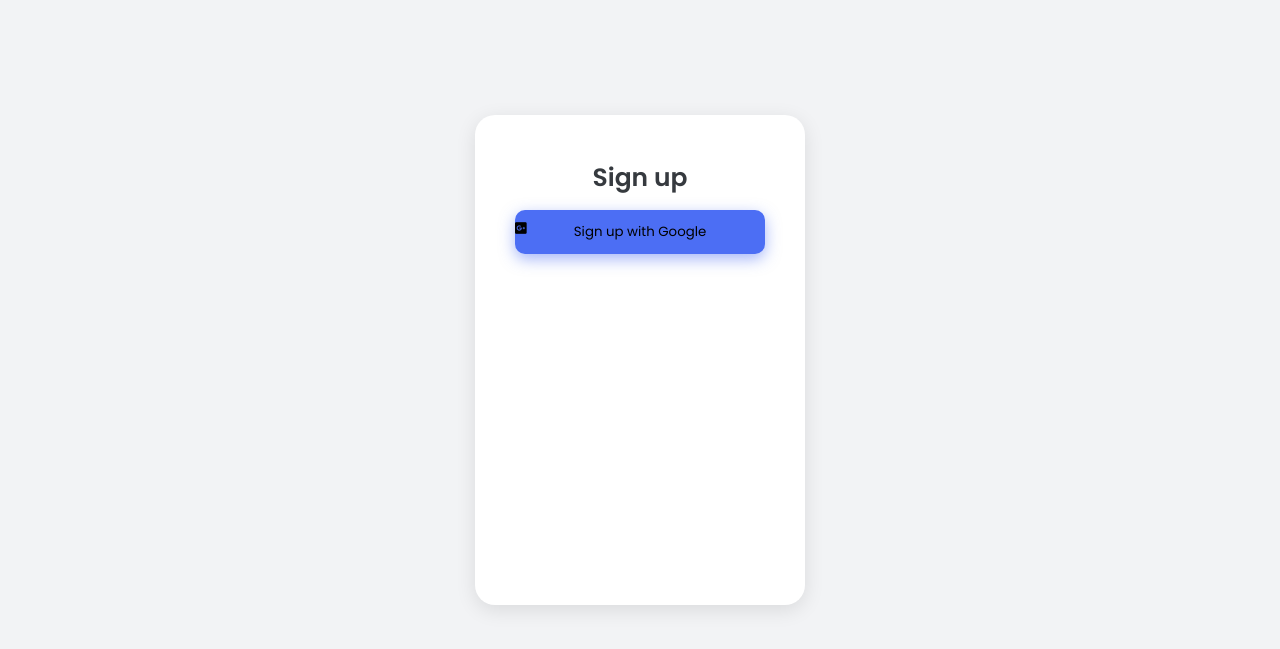
Repository: TranMinhMan040702/practice_html-css
Page: form-login/index.html
These files come from the project's save history. The page is drawn as it stood at one moment and after the next save; the edit follows.
The browser window is 1280 px wide. The pictures show the whole page.
Some web libraries are served in a nearby version.

Above is the page before, as saved 2022-08-24 12:58:37.

After the next save:
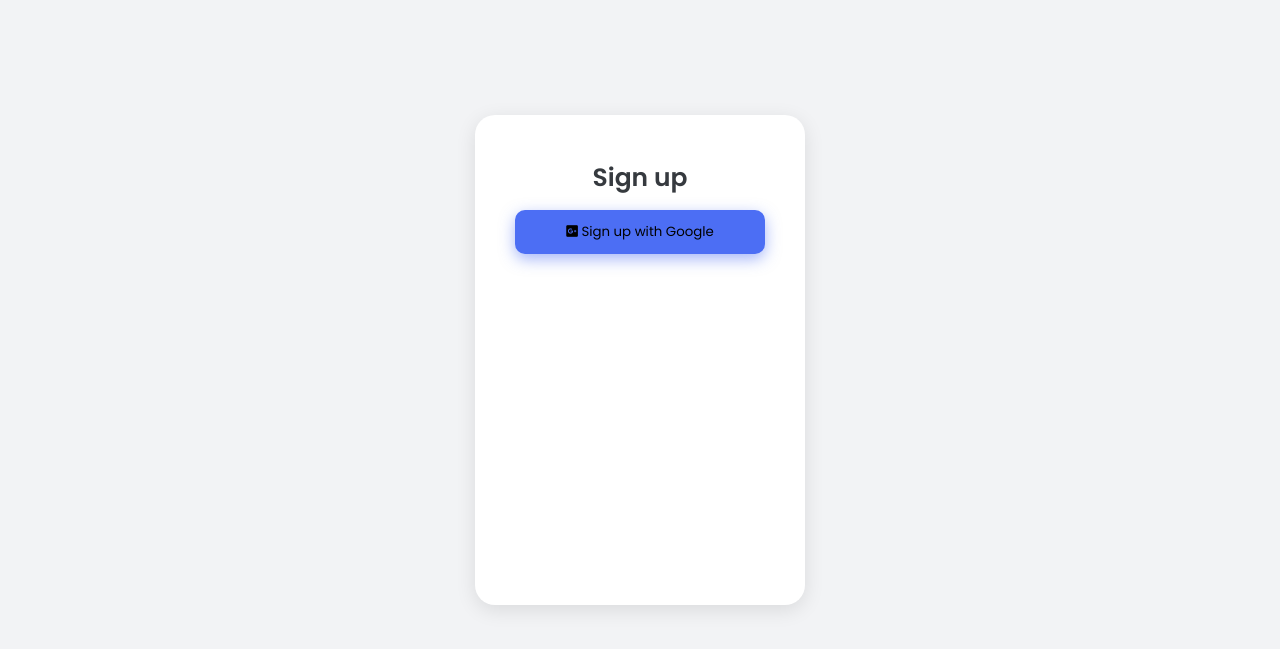
Saved 21 s later.
--- a/form-login/main.css
+++ b/form-login/main.css
@@ -48,8 +48,7 @@ body {
 }
 
 .signup-icon {
-    position: absolute;
-    left: 0
+
 }
 
 .signup-text {
